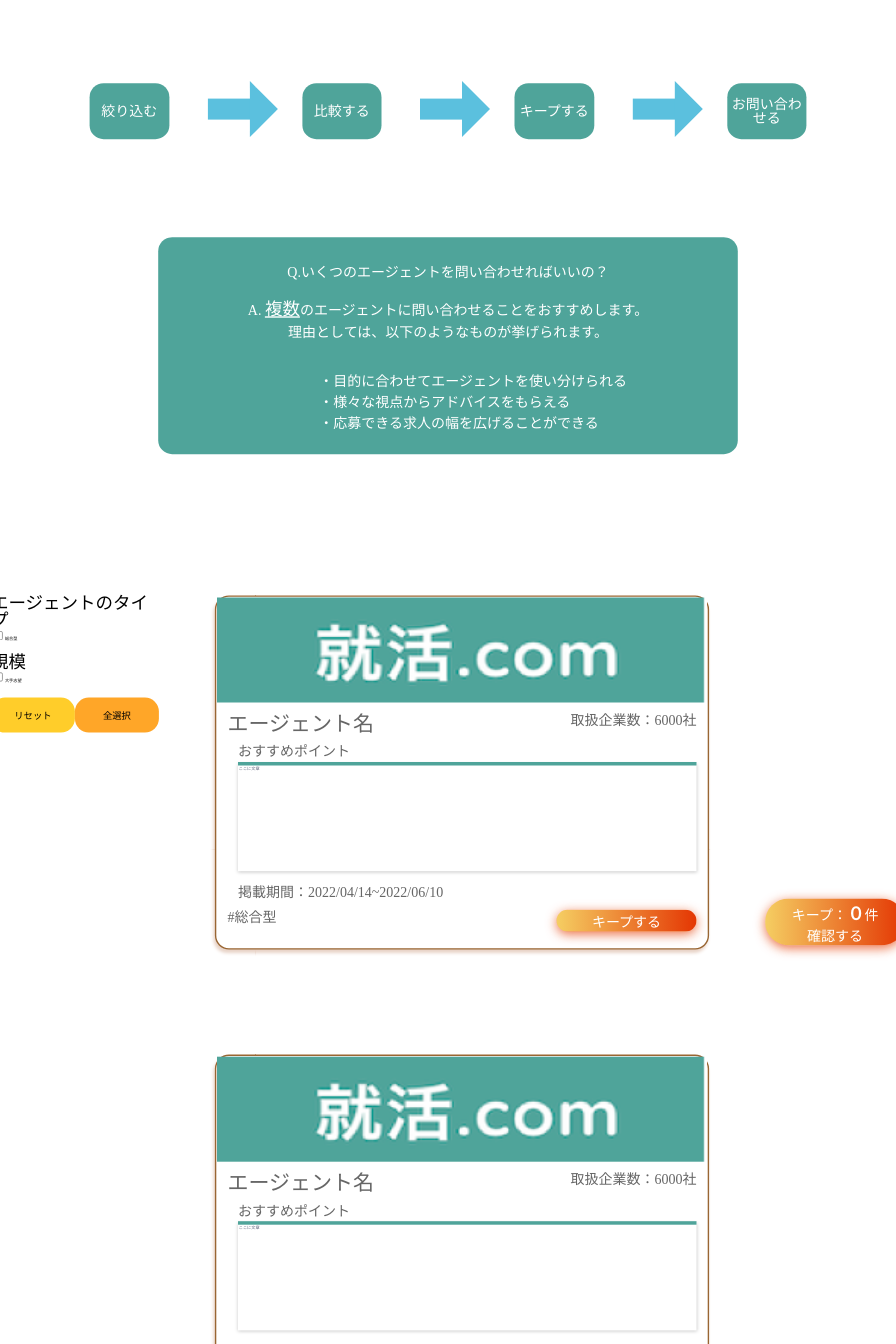
Repository: posse-ap/-teamdev-2022-posse2-team2E-
Page: src/index.html
These files come from the project's save history. The page is drawn as it stood at one moment and after the next save; the edit follows.
The browser window is 1280 px wide. The pictures show the part of the page from y = 387 to 2307 px (the page is 3862 px tall), at 70% of full size.

Above is the page before, as saved 2022-04-24 16:26:00.

After the next save:
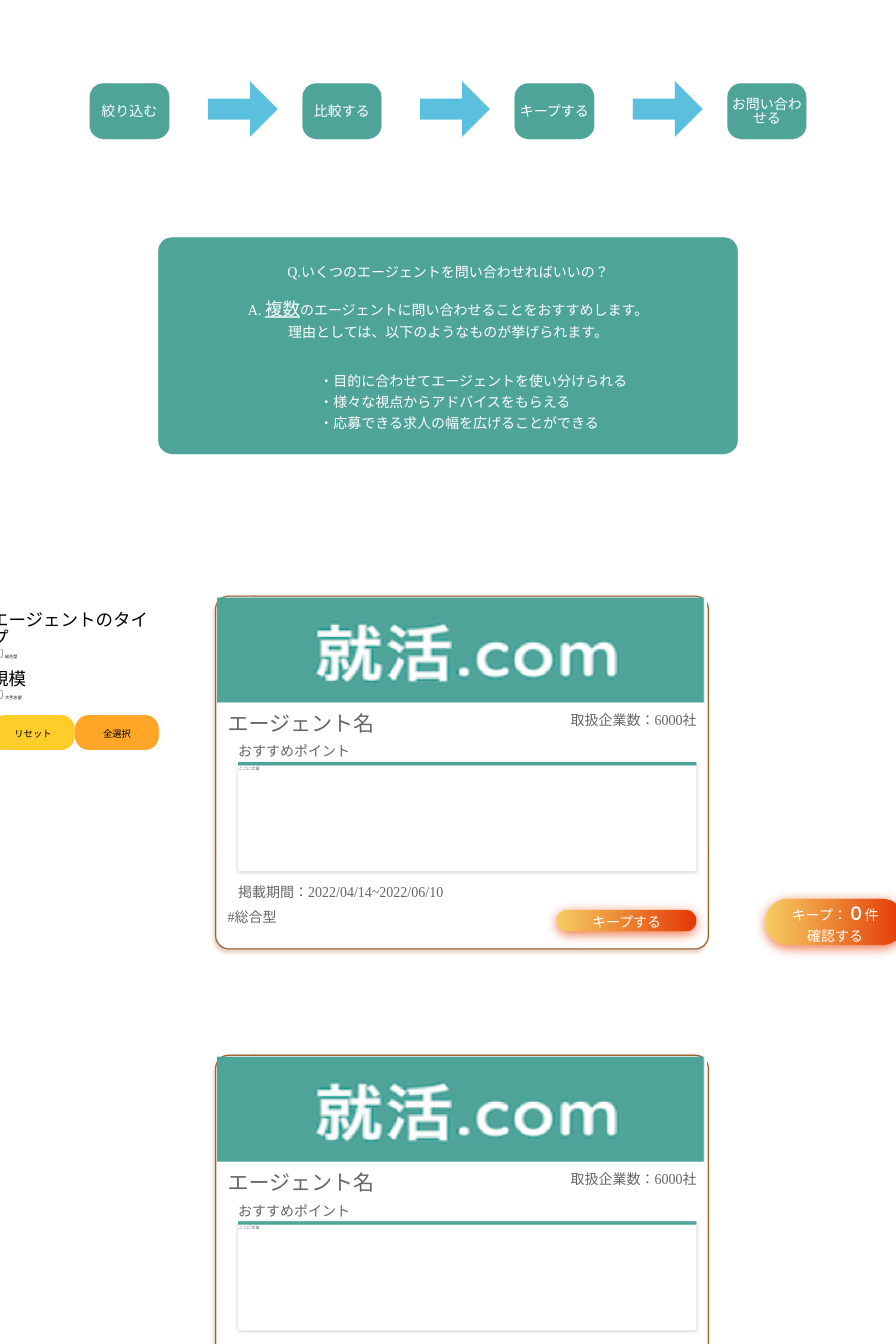
Saved 5 s later.
--- a/src/index.html
+++ b/src/index.html
@@ -63,7 +63,7 @@
             <container class="filter" id="js-filter">
                 <div class="filter-cond" id="filter_side">
                     <div class="agents_type">
-                        <p></p>
+                        <p>5</p>
                         <p>エージェントのタイプ</p>
                             <label><input type="checkbox" value="総合型" class="checks" id="form">総合型</label>
                     </div>
